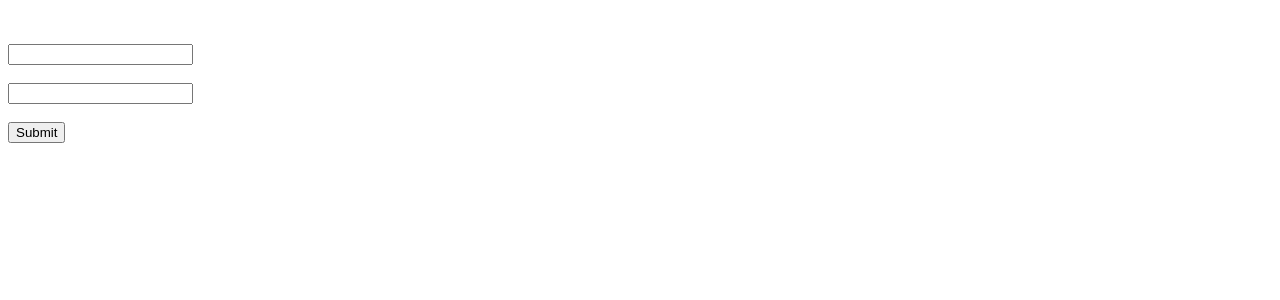
Repository: J2EEBeliever/ISA681_Poker2
Page: http://localhost/StrutsAjax/Logon.jsp
These files come from the project's save history. The page is drawn as it stood at one moment and after the next save; the edit follows.
The browser window is 1280 px wide. The pictures show the whole page.
The page is served by Tomcat 9. Nobody is signed in. The application's start-up code is not run. Other server files are loaded and not shown.

Above is the page before, as saved 2015-11-28 18:42:28.

### SOURCE/StrutsAjax/WebContent/Logon.jsp
<%@ page language="java" contentType="text/html; charset=ISO-8859-1"
    pageEncoding="ISO-8859-1"%>
<!DOCTYPE html PUBLIC "-//W3C//DTD HTML 4.01 Transitional//EN" "http://www.w3.org/TR/html4/loose.dtd">
<html>
<head>
<meta http-equiv="Content-Type" content="text/html; charset=ISO-8859-1">
<title>Logon to Five Card Stud Poker</title>
</head>



<body>
<form action="logonToFiveCardStudPoker" name="logonFiveCardStudPokerForm">
<BR><BR><input type="text" name="userName" value="">
<BR><BR><input type="password" name="password" value="">
<BR><BR><input type="submit" name="submit">
</form>
</body>
</html>

After the next save:
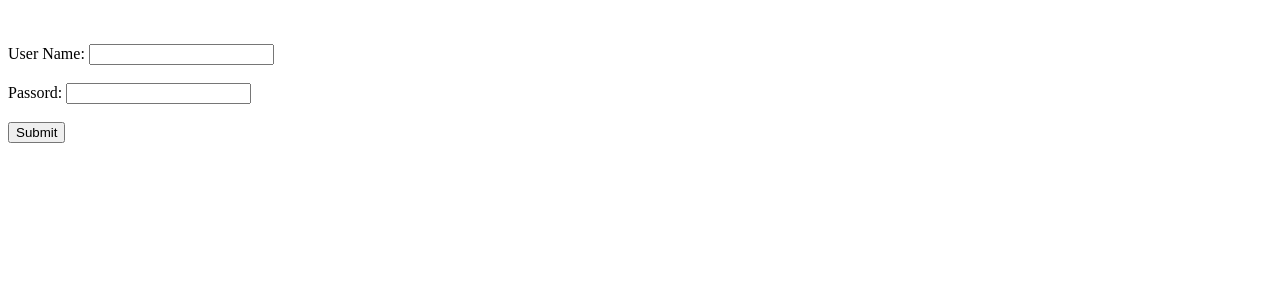
Saved 4 min 45 s later.
--- a/SOURCE/StrutsAjax/WebContent/Logon.jsp
+++ b/SOURCE/StrutsAjax/WebContent/Logon.jsp
@@ -11,8 +11,8 @@
 
 <body>
 <form action="logonToFiveCardStudPoker" name="logonFiveCardStudPokerForm">
-<BR><BR><input type="text" name="userName" value="">
-<BR><BR><input type="password" name="password" value="">
+<BR><BR>User Name: <input type="text" name="userName" value="">
+<BR><BR>Passord: <input type="password" name="password" value="">
 <BR><BR><input type="submit" name="submit">
 </form>
 </body>
